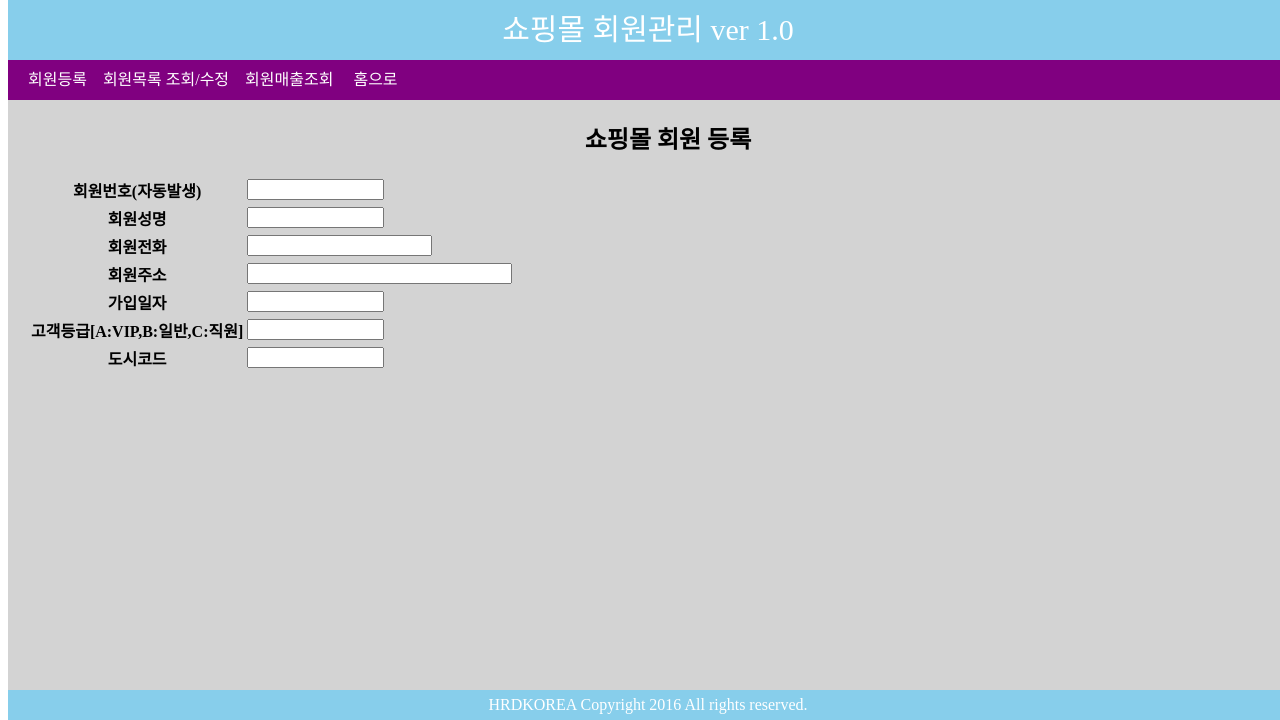
Repository: haileylee94/mini-project
Page: http://localhost/hrd/join.jsp
An editor plug-in stored every save of this project. The page is shown before and after the next save, followed by the edit.
The browser window is 1280 px wide. The pictures show the whole page.
The page is served by Tomcat 9.

Above is the page before, as saved 2022-11-17 12:26:23.

After the next save:
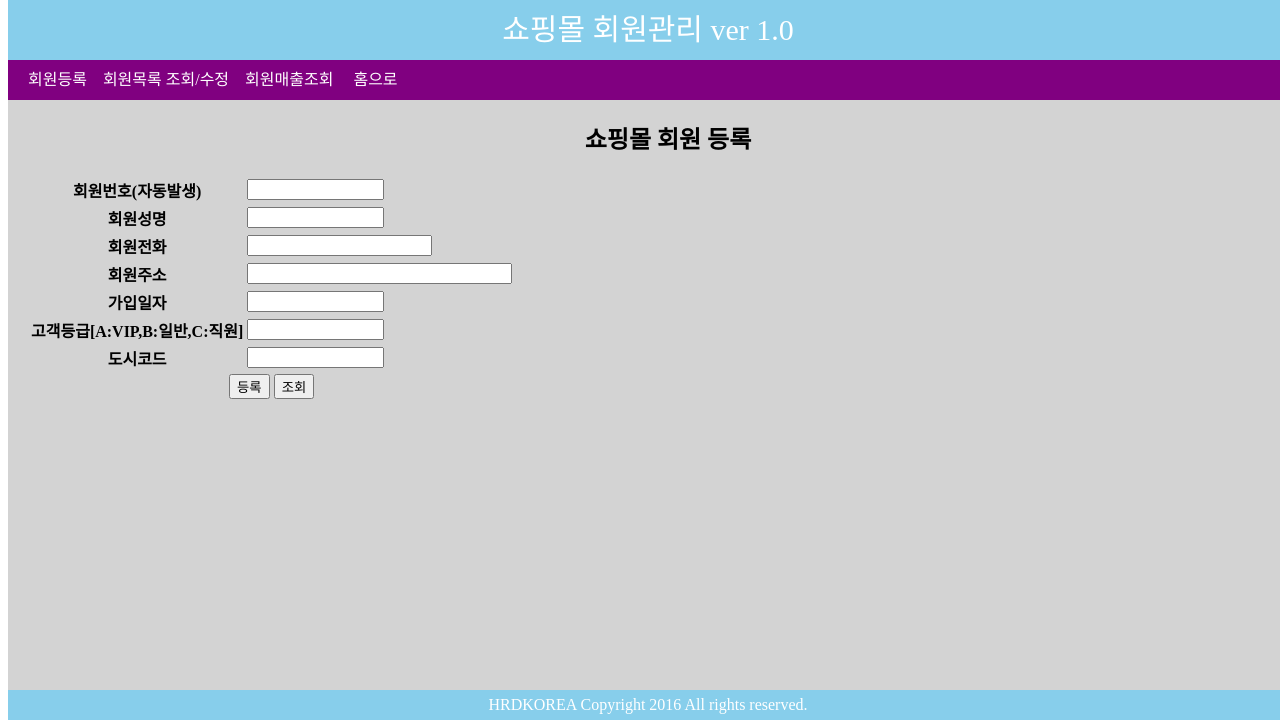
Saved 98 s later.
--- a/hrd/WebContent/join.jsp
+++ b/hrd/WebContent/join.jsp
@@ -42,6 +42,12 @@
 					<th>도시코드</th>
 					<td><input name="city" size=14></td>
 				</tr>
+				<tr>
+					<td colspan="2" style="text-align: center;">
+						<input type="submit" value="등록">
+						<input type="button" value="조회">
+					</td>
+				</tr>
 			</table>
 		</form>
 	</section>
